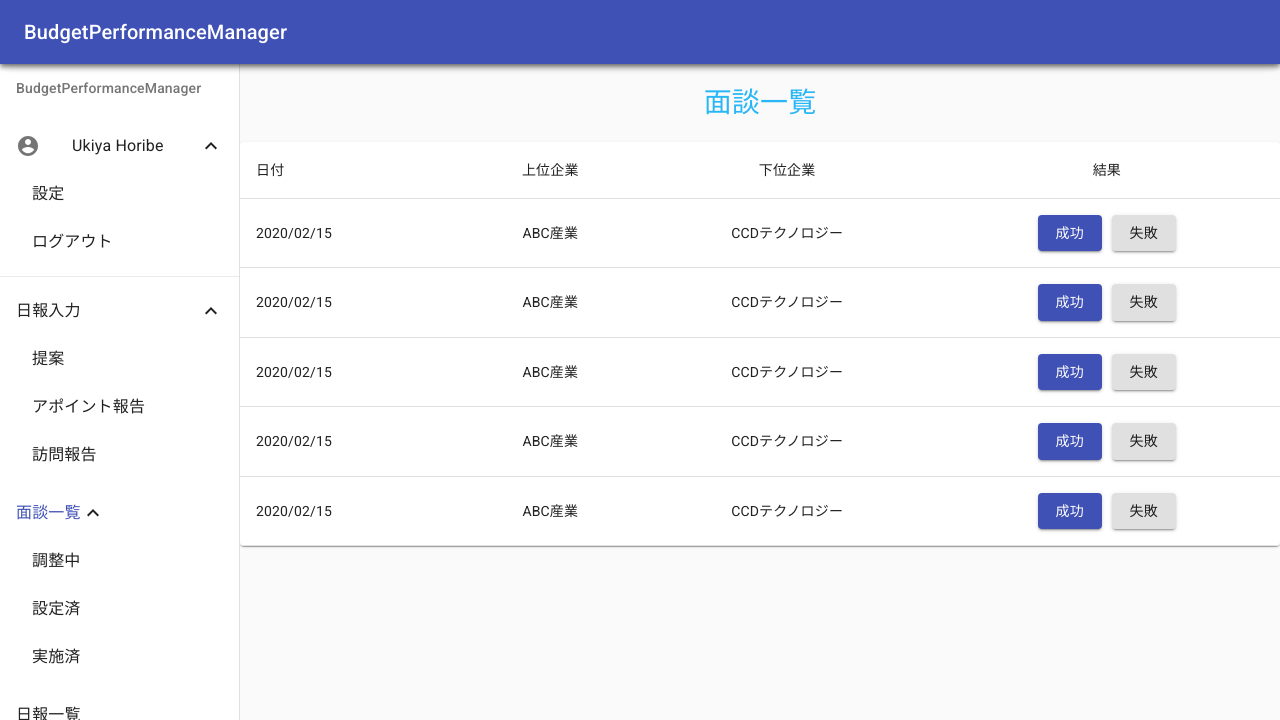
Repository: ukiyah/test
Page: /list_interview (app in src/)
The author's editor kept a copy of each file at every save. The page is drawn from the files as they stood at one save, then again after the next save.
The browser window is 1280 px wide. The pictures show the whole page.
The project was rebuilt for these pictures with package versions that can differ from the ones it lists, and the page was loaded fresh each time. Also part of the build but not shown: src/proposal/Table.js, src/proposal/list_proposal.js, src/Title.js, src/Chart.js, src/Deposits.js, src/Orders.js, src/Dashboard.js.

Above is the page before, as saved 2020-02-25 16:46:41.

### src/index.css
body {
  margin: 0;
  font-family: -apple-system, BlinkMacSystemFont, 'Segoe UI', 'Roboto', 'Oxygen',
    'Ubuntu', 'Cantarell', 'Fira Sans', 'Droid Sans', 'Helvetica Neue',
    sans-serif;
  -webkit-font-smoothing: antialiased;
  -moz-osx-font-smoothing: grayscale;
}

code {
  font-family: source-code-pro, Menlo, Monaco, Consolas, 'Courier New',
    monospace;
}

.button {
  color: #000;
}

h1 {
  text-align: center;
  color:#29B6F6;
  font-weight: normal;
}

### src/App.js
import React from 'react';
import 'typeface-roboto';
import {
  BrowserRouter,
  Route
} from "react-router-dom";
import list_proposal from "./proposal/list_proposal";
import Dashboard from "./Dashboard";
import list_interview from "./interview/list_interview";

class App extends React.Component{

  render() {
    return (
      <div>

        <BrowserRouter>
          <div>
            <Route exact path="/" component={Dashboard} />
            <Route path="/list_proposal" component={list_proposal} />
            <Route path="/list_interview" component={list_interview} />
          </div>
        </BrowserRouter>
        {/* <ClippedDrawer /> */}
      </div>
    );
  }

}

export default App;

### src/interview/list_interview.js
import React from 'react';
import { makeStyles } from '@material-ui/core/styles';
import CssBaseline from '@material-ui/core/CssBaseline';

import Drawer from "../Drawer";
import Table from "./Table";

const useStyles = makeStyles(theme => ({
  root: {
    display: 'flex',
  },
  appBarSpacer: theme.mixins.toolbar,
  content: {
    flexGrow: 1,
    height: '100vh',
    overflow: 'auto',
  },


}));

export default function Dashboard() {
  const classes = useStyles();

  return (
    <div className={classes.root}>
      <CssBaseline />
      <Drawer />
      <main className={classes.content}>
        <div className={classes.appBarSpacer} />
        <h1>面談一覧</h1>
        <Table />
      </main>
    </div>
  );
}

### src/Drawer.js
import React from 'react';
import { makeStyles } from '@material-ui/core/styles';
import Drawer from '@material-ui/core/Drawer';
import AppBar from '@material-ui/core/AppBar';
import CssBaseline from '@material-ui/core/CssBaseline';
import Toolbar from '@material-ui/core/Toolbar';
import Typography from '@material-ui/core/Typography';
import SimpleTable from "./proposal/Table";
import NestedList from "./NestedList";
const drawerWidth = 240;

const useStyles = makeStyles(theme => ({
  root: {
    display: 'flex',
  },
  appBar: {
    zIndex: theme.zIndex.drawer + 1,
  },
  drawer: {
    width: drawerWidth,
    flexShrink: 0,
  },
  drawerPaper: {
    width: drawerWidth,
  },
  content: {
    flexGrow: 1,
    padding: theme.spacing(3),
  },
  toolbar: theme.mixins.toolbar,
}));

export default function ClippedDrawer() {
  const classes = useStyles();

  return (
    <div className={classes.root}>
      <CssBaseline />
      <AppBar position="fixed" className={classes.appBar}>
        <Toolbar>
          <Typography variant="h6" noWrap>
            BudgetPerformanceManager
          </Typography>
        </Toolbar>
      </AppBar>
      <Drawer
        className={classes.drawer}
        variant="permanent"
        classes={{
          paper: classes.drawerPaper,
        }}
      >
        <div className={classes.toolbar} />
        <NestedList />
      </Drawer>

    </div>
  );
}

### src/interview/Table.js
import React from 'react';
import { makeStyles } from '@material-ui/core/styles';
import Table from '@material-ui/core/Table';
import TableBody from '@material-ui/core/TableBody';
import TableCell from '@material-ui/core/TableCell';
import TableContainer from '@material-ui/core/TableContainer';
import TableHead from '@material-ui/core/TableHead';
import TableRow from '@material-ui/core/TableRow';
import Paper from '@material-ui/core/Paper';
import ContainedButtons from "../Button";
import Button from '@material-ui/core/Button';
import Drawer from "../Drawer";

const useStyles = makeStyles({
  table: {
    minWidth: 650,
  },
});

function createData(name, calories, fat) {
  return { name, calories, fat};
}

const rows = [
  createData('2020/02/15', 'ABC産業', 'CCDテクノロジー'),
  createData('2020/02/15', 'ABC産業', 'CCDテクノロジー'),
  createData('2020/02/15', 'ABC産業', 'CCDテクノロジー'),
  createData('2020/02/15', 'ABC産業', 'CCDテクノロジー'),
  createData('2020/02/15', 'ABC産業', 'CCDテクノロジー'),
];

export default function SimpleTable() {
  const classes = useStyles();

  return (
    <div>
      <Drawer />
      <TableContainer component={Paper}>
        <Table className={classes.table} aria-label="simple table">
          <TableHead>
            <TableRow>
              <TableCell>日付</TableCell>
              <TableCell align="center">上位企業</TableCell>
              <TableCell align="center">下位企業</TableCell>
              <TableCell align="center">結果</TableCell>
            </TableRow>
          </TableHead>
          <TableBody>
            {rows.map(row => (
              <TableRow key={row.name}>
                <TableCell component="th" scope="row">
                  {row.name}
                </TableCell>
                <TableCell align="center">{row.calories}</TableCell>
                <TableCell align="center">{row.fat}</TableCell>

                <TableCell align="center">
                  <ContainedButtons name="成功"></ContainedButtons>
                  {/* <Button className="button" variant="contained" color="primary" variant="contained" color="primary" disableElevation>成功</Button> */}
                  <Button variant="contained" style={{marginLeft: 10}}>失敗</Button>
                </TableCell>
              </TableRow>
            ))}
          </TableBody>
        </Table>
      </TableContainer>
    </div>

  );
}

### src/NestedList.js
import React from 'react';
import { makeStyles } from '@material-ui/core/styles';
import ListSubheader from '@material-ui/core/ListSubheader';
import List from '@material-ui/core/List';
import ListItem from '@material-ui/core/ListItem';
import ListItemIcon from '@material-ui/core/ListItemIcon';
import ListItemText from '@material-ui/core/ListItemText';
import Collapse from '@material-ui/core/Collapse';
import InboxIcon from '@material-ui/icons/MoveToInbox';
import DraftsIcon from '@material-ui/icons/Drafts';
import SendIcon from '@material-ui/icons/Send';
import ExpandLess from '@material-ui/icons/ExpandLess';
import ExpandMore from '@material-ui/icons/ExpandMore';
import StarBorder from '@material-ui/icons/StarBorder';
import AccountCircle from '@material-ui/icons/AccountCircle';
import Divider from '@material-ui/core/Divider';
import Link from '@material-ui/core/Link';
const useStyles = makeStyles(theme => ({
  root: {
    width: '100%',
    maxWidth: 360,
    backgroundColor: theme.palette.background.paper,
  },
  nested: {
    paddingLeft: theme.spacing(4),
  },
}));

export default function NestedList() {
  const classes = useStyles();
  const [open1, setOpen1] = React.useState(true);
  const [open2, setOpen2] = React.useState(true);
  const [open3, setOpen3] = React.useState(true);
  const [open4, setOpen4] = React.useState(true);

  const handleClick1 = () => {
    setOpen1(!open1);
  };
  const handleClick2 = () => {
    setOpen2(!open2);
  };
  const handleClick3 = () => {
    setOpen3(!open3);
  };
  const handleClick4 = () => {
    setOpen4(!open4);
  };
  return (
    <List
      component="nav"
      aria-labelledby="nested-list-subheader"
      subheader={
        <ListSubheader component="div" id="nested-list-subheader">
          BudgetPerformanceManager
        </ListSubheader>
      }
      className={classes.root}
    >
    <div style={{marginTop: 10, marginBottom: 10}}>
      <ListItem button onClick={handleClick1}>
        <ListItemIcon>
          <AccountCircle />
        </ListItemIcon>
        <ListItemText primary="Ukiya Horibe" />
        {open1 ? <ExpandLess /> : <ExpandMore />}
      </ListItem>
      <Collapse in={open1} timeout="auto" unmountOnExit>
        <List component="div" disablePadding>
          <ListItem button className={classes.nested}>
            {/* <ListItemIcon>
              <StarBorder />
            </ListItemIcon> */}
            <ListItemText primary="設定" />
          </ListItem>
          <ListItem button className={classes.nested}>
            <ListItemText primary="ログアウト" />
          </ListItem>
        </List>
      </Collapse>
    </div>
    <Divider light/>
    <div style={{marginTop: 10}}>
      <ListItem button onClick={handleClick2}>
        <ListItemText primary="日報入力" />
        {open2 ? <ExpandLess /> : <ExpandMore />}
      </ListItem>
      <Collapse in={open2} timeout="auto" unmountOnExit>
        <List component="div" disablePadding>
          <ListItem button className={classes.nested}>
            <ListItemText primary="提案" />
          </ListItem>
          <ListItem button className={classes.nested}>
            <ListItemText primary="アポイント報告" />
          </ListItem>
          <ListItem button className={classes.nested}>
            <ListItemText primary="訪問報告" />
          </ListItem>
        </List>
      </Collapse>
    </div>
    <div style={{marginTop: 10}}>
      <ListItem button onClick={handleClick3}>
        <Link href="list_interview" >
          <ListItemText primary="面談一覧" />
        </Link>

        {open3 ? <ExpandLess /> : <ExpandMore />}
      </ListItem>
      <Collapse in={open3} timeout="auto" unmountOnExit>
        <List component="div" disablePadding>
          <ListItem button className={classes.nested}>
            <ListItemText primary="調整中" />
          </ListItem>
          <ListItem button className={classes.nested}>
            <ListItemText primary="設定済" />
          </ListItem>
          <ListItem button className={classes.nested}>
            <ListItemText primary="実施済" />
          </ListItem>
        </List>
      </Collapse>
    </div>
    <div style={{marginTop: 10}}>
      <ListItem button>
        <ListItemText primary="日報一覧" />
      </ListItem>
    </div>
    <div style={{marginTop: 10}}>
      <ListItem button onClick={handleClick4}>
        <ListItemText primary="その他の一覧" />

        {open4 ? <ExpandLess /> : <ExpandMore />}
      </ListItem>
      <Collapse in={open4} timeout="auto" unmountOnExit>
        <List component="div" disablePadding>
          <ListItem button className={classes.nested}>
          <Link href="/list_proposal" >
            <ListItemText primary="提案" />
          </Link>

          </ListItem>
          <ListItem button className={classes.nested}>
            <ListItemText primary="成約" />
          </ListItem>
          <ListItem button className={classes.nested}>
            <ListItemText primary="架電報告" />
          </ListItem>
        </List>
      </Collapse>
    </div>
    </List>
  );
}

### src/Button.js
import React from 'react';
import { makeStyles } from '@material-ui/core/styles';
import Button from '@material-ui/core/Button';

const useStyles = makeStyles(theme => ({
  root: {
    '& > *': {
      marginLeft: 5 ,

    },
  },
}));
//いろんなボタンが用意されてるけど1つのボタンだけ使う。
export default function ContainedButtons(props) {
  const classes = useStyles();

  return (
    // <div className={classes.root}>
    //   {/* <Button variant="contained">Default</Button>
    //   <Button variant="contained" color="primary">
    //     Primary
    //   </Button>
    //   <Button variant="contained" color="secondary">
    //     Secondary
    //   </Button>
    //   <Button variant="contained" disabled>
    //     Disabled
    //   </Button> */}
      <Button variant="contained" color="primary" href="#contained-buttons">
        {props.name}
      </Button>
    // </div>
  );
}

Loaded but not shown: src/index.js (common file); src/serviceWorker.js (common file)

After the next save:
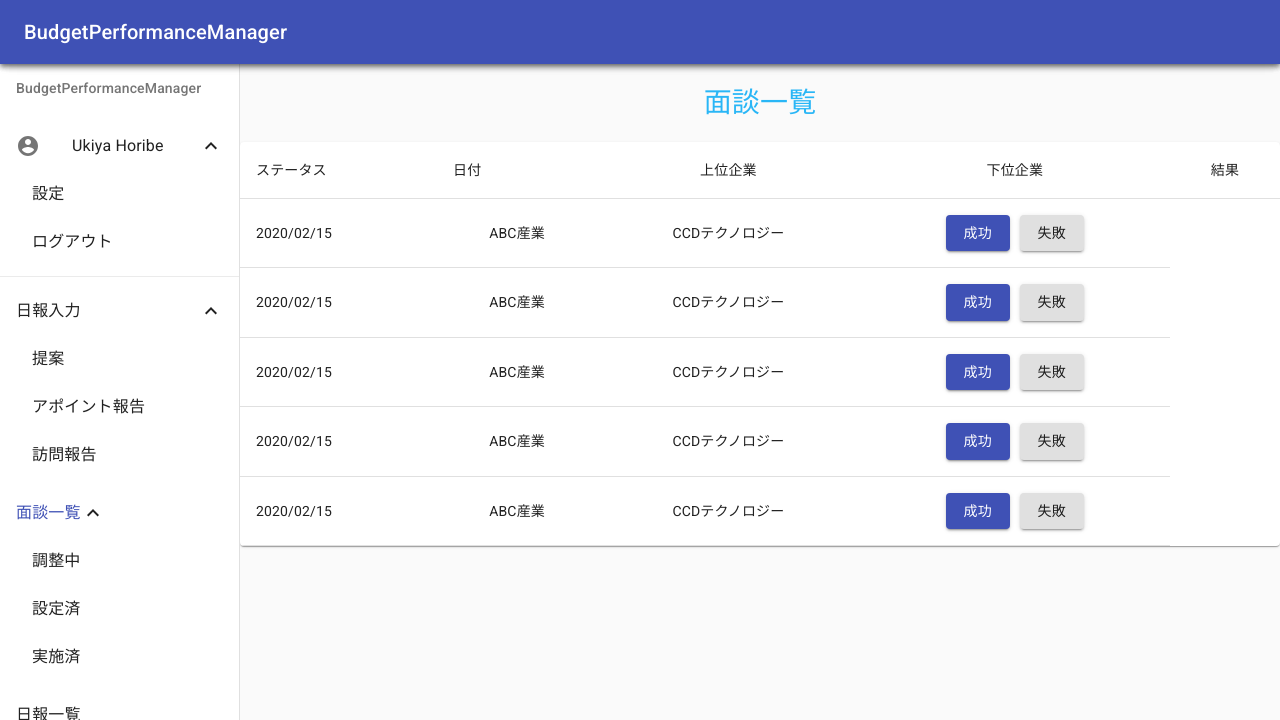
Saved 2 min 16 s later.
--- a/src/interview/Table.js
+++ b/src/interview/Table.js
@@ -39,6 +39,7 @@ export default function SimpleTable() {
         <Table className={classes.table} aria-label="simple table">
           <TableHead>
             <TableRow>
+            　<TableCell>ステータス</TableCell>
               <TableCell>日付</TableCell>
               <TableCell align="center">上位企業</TableCell>
               <TableCell align="center">下位企業</TableCell>
